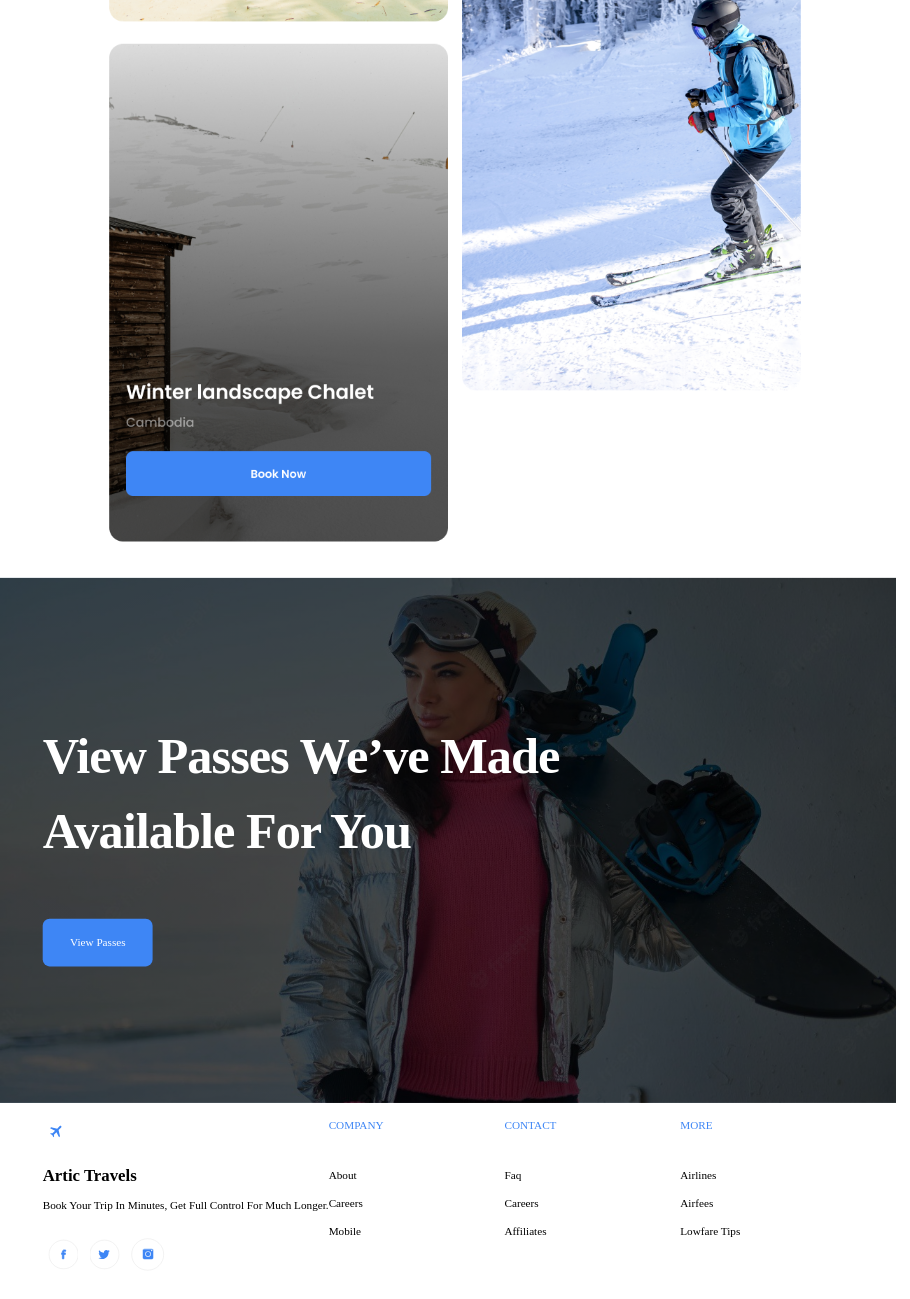
Repository: swissjake/arctic-travel-agency
Page: /
These files come from the project's save history. The page is drawn as it stood at one moment and after the next save; the edit follows.
The browser window is 1280 px wide. The page is 1300 px wide, so the pictures cover 1300 px, including what lies to the right of the window. The pictures show the part of the page from y = 3701 to 5581 px (the page is 5557 px tall before and 5581 px after), at 70% of full size.
The project was rebuilt for these pictures with package versions that can differ from the ones it lists, and the page was loaded fresh each time. Also part of the build but not shown: src/App.css.

Above is the page before, as saved 2022-05-04 13:03:19.

### public/index.html
<!DOCTYPE html>
<html lang="en">
  <head>
    <meta charset="utf-8" />
    <link rel="icon" href="%PUBLIC_URL%/favicon.ico" />
    <meta name="viewport" content="width=device-width, initial-scale=1" />
    <meta name="theme-color" content="#000000" />
    <meta
      name="description"
      content="Web site created using create-react-app"
    />

    <title>Arctic Travel Agency</title>
  </head>
  <body>
    <noscript>You need to enable JavaScript to run this app.</noscript>
    <div id="root"></div>
    <!--
      This HTML file is a template.
      If you open it directly in the browser, you will see an empty page.

      You can add webfonts, meta tags, or analytics to this file.
      The build step will place the bundled scripts into the <body> tag.

      To begin the development, run `npm start` or `yarn start`.
      To create a production bundle, use `npm run build` or `yarn build`.
    -->
  </body>
</html>

### src/index.css
@tailwind base;
@tailwind components;
@tailwind utilities;

@import url('https://fonts.googleapis.com/css2?family=Poppins:wght@300;400;500;700&display=swap');


body{
    font-family: 'poppins';
}

@layer components {
    .container {
        @apply max-w-[1440px] mx-auto
    }
    .btn{
        @apply mt-[68px] bg-[#3E86F5] py-[22px] px-[39px] rounded-[10px] text-[16px] text-white
    }
    .booktrip{
        @apply font-medium text-[18px]
    }

}

.bookshadow{
    box-shadow: 0px 134px 193px rgba(183, 183, 183, 0.07), 0px 16.7789px 24.1666px rgba(183, 183, 183, 0.035);
}
/* .container {
    max-width: 1440px;
    margin: 0 auto;
} */

### src/pages/LandingPage.tsx
import Footer from "../components/Footer/Footer"
import Hero from "../components/Hero/Hero"
import HeroIcons from "../components/HeroIcons/HeroIcons"
import IceCold from "../components/IceCold/IceCold"
import Nav from "../components/Nav/Nav"
import Passes from "../components/Passes/Passes"
import Region from "../components/Region/Region"
import Resort from "../components/Resort/Resort"
import heroImage from '../assets/heroImage.jpeg'


const LandingPage = () => {
  return (
    <>
  <div>
  <div className="h-[780px]  w-full bg-no-repeat bg-center bg-cover" style={{backgroundImage:`linear-gradient(180deg, rgba(0, 0, 0, 0.65) 0%, rgba(0, 0, 0, 0.580838) 32.24%, rgba(0, 0, 0, 0.486293) 62.09%, rgba(0, 0, 0, 0) 98.06%), url(${heroImage})`}}>
     <Nav />
     <Hero />

  </div>

    <HeroIcons />
    <IceCold />
  </div>
  <Region />
  <Resort/>
  <Passes />

     {/*  style={{backgroundImage:`linear-gradient(180deg, rgba(0, 0, 0, 0.65) 0%, rgba(0, 0, 0, 0.580838) 32.24%, rgba(0, 0, 0, 0.486293) 62.09%, rgba(0, 0, 0, 0) 98.06%), url(${heroImage})`}} */}

     <Footer/>
    </>
  )
}

export default LandingPage

### src/components/Footer/Footer.tsx
import React from 'react'
import aeroplane from "../../assets/aeroplane.svg"
import facebook from "../../assets/facebook.svg"
import instagram from "../../assets/instagram.svg"
import twitter from "../../assets/twitter.svg"


const social=[facebook,twitter,instagram]
const company=["about","careers","mobile"]
const contact=["faq","careers","affiliates"]
const more=["airlines","airfees","lowfare tips"]





const Footer = () => {
  return (
      <footer className=''>
         <div className="container p-[20px] md:pl-[61px] md:pr-[57px]">
            <div className="md:flex justify-between">

<div className="mb-5 flex-2 ">
  <img src={aeroplane} className="mb-[27px]" alt="aeroplane" />
  <p className="capitalize text-2xl font-bold">artic travels</p>
  <p className="capitalize mt-[16px] mb-[34px]">Book your trip in minutes, get full
control for much longer.</p>
<div className="flex mt-5">

  {social.map((item,index)=> (<img src={item} className="mx-2 " alt="icons" />))}
</div>
</div>

<div className='mb-5 flex-1'>
  <h2 className="text-[#3E86F5] mb-[40px] uppercase">company</h2>
  <ul>
    {company.map((item,index)=>(
      <li className="capitalize leading-10">{item}</li>
    ))}
  </ul>
</div>

<div className='mb-5 flex-1'>
  <h2 className="text-[#3E86F5] mb-[40px] uppercase">contact</h2>
  <ul>
    {contact.map((item,index)=>(
      <li className="capitalize leading-10">{item}</li>
    ))}
  </ul>
</div>

<div className='mb-5 flex-1'>
  <h2 className="text-[#3E86F5] mb-[40px] uppercase">more</h2>
  <ul>
    {more.map((item,index)=>(
      <li className="capitalize leading-10">{item}</li>
    ))}
  </ul>
</div>


              </div>
         </div>
      </footer>

  )
}

export default Footer

### src/components/Hero/Hero.tsx

const Hero = () => {
  return (
    <section >
         <div className="container md:pl-[61px] p-[20px] md:pr-[57px]">
           {/* <img src={heroImage} alt="" /> */}
           <div className="pt-[160px] text-center md:text-left md:pt-[200px] text-white ">
           <h1 className="md:w-[46.6rem] md:whitespace-nowrap text-[32px] md:text-[56px] capitalize font-bold tracking-{-0.03em}">Plan the perfect winter trip</h1>
           <p className="md:w-[33rem] text-[14px] md:text-[22px] font-normal tracking-[-0.01em] mt-[20px]">Easily plan your ideal ski trip from home with the help of professionals</p>
           <button className="btn">Book Now</button>
           </div>
        </div>
    </section>

  )
}

export default Hero

//background: linear-gradient(180deg, rgba(0, 0, 0, 0.65) 0%, rgba(0, 0, 0, 0.580838) 32.24%, rgba(0, 0, 0, 0.486293) 62.09%, rgba(0, 0, 0, 0) 98.06%);

### src/components/HeroIcons/HeroIcons.tsx
import React from 'react'
import nike from '../../assets/nike.svg'
import applepay from '../../assets/applepay.svg'
import silverstar from '../../assets/silverstar.svg'
import intra from '../../assets/intra.svg'
import mastercard from '../../assets/mastercard.svg'
import BookTrip from '../BookTrip/BookTrip'



const HeroIcons = () => {

  return (
    <section className='bg-[#F8F9FC]'>
         <BookTrip />
        <div className='container md:h-[243px]'>
            <div className='flex flex-wrap md:flex-nowrap items-center justify-center px-3 pb-[45px]  md:px-[222px] pt-[200px] md:pt-[149px] space-y-6 md:space-y-0'>
                    <div className='md:mr-[120px] mr-[40px]'>
                        <img className='w-[96px] h-[50px]' src={nike} alt="nike" />
                    </div>
                    <div className='md:mr-[126px] mr-[40px]'>
                        <img className='w-[96px] h-[56px]' src={applepay} alt="applepay" />
                    </div>
                    <div className='md:mr-[128px] mr-[40px]'>
                        <img className='w-[126px] h-[57px]' src={silverstar} alt="silver" />
                    </div>
                    <div className='md:mr-[130px] mr-[40px]'>
                        <img className='w-[108px] h-[46px]' src={intra} alt="intra" />
                    </div>
                    <div className=''>
                        <img className='w-[64px] h-[64px]' src={mastercard} alt="mastercard" />
                    </div>
            </div>

        </div>
    </section>
    )
}

export default HeroIcons

### src/components/IceCold/IceCold.tsx
import React from 'react'
import map from '../../assets/map.svg'
import arrow from '../../assets/Arrow.svg'

const IceCold = () => {
  return (
      <section className='bg-[#F8F9FC]'>
         <div className='container h-[693px] p-[20px] pt-[179px] md:pl-[40px]'>
             <div className='h-[492px] relative  bg-[rgba(62, 134, 245, .2)]' style={{backgroundImage:`url(${map})`}}>
                <h1 className='w-full md:w-[791px] leading-[54px] tracking-[-0.02em] text-[black] font-semibold left-[50%] translate-x-[-50%] absolute top-[-60px] h-[108px] text-[30px] md:text-[40px] text-center'>Creating the best <span className='text-[#3E86F5]'>ice-cold!</span> experience you would never forget.</h1>

                 <p className='w-full md:w-[697px] md:h-[72px] absolute left-[50%] translate-x-[-50%] text-[rgba(0, 0, 0, 0.5)] text-[18px] md:text-[24px] mt-[120px] md:mt-[60px] text-center leading-[36px] font-normal'>Would you explore nature paradise in the world, find the best destination in the world with us.</p>
                <div className=''>
                    <h1 className='w-full md:w-[454px] md:h-[50px] md:whitespace-nowrap absolute mb-[75px] md:mb-[150px] bottom-0 left-[50%] translate-x-[-50%] font-semibold text-[#000000] text-[40px] text-center leading-[60px] tracking-[-0.02em]'>View Regions available</h1>
                    <img className='absolute bottom-0 left-[50%] translate-x-[-50%] mb-[36px] md:mb-[73px]' src={arrow} alt="/" />
                </div>
             </div>

        </div>
      </section>

  )
}

export default IceCold

### src/components/Nav/Nav.tsx
import React, {useState} from 'react'
import aeroplane from "../../assets/aeroplane.svg";
import {AiOutlineClose, AiOutlineMenu} from 'react-icons/ai'

const Nav = () => {
  const [close, setClose]=useState(true)


  const navitems:string[] = ["About us", "Support", "Language"];
  return (
    <section className=''>
<div className='container  top-0 flex md:pl-[61px] justify-between p-[20px] md:pr-[57px]'>
  <div className="flex items-center">
  <img src={aeroplane} className="mr-[10px]" alt="aeroplane" />
  <h2 className='capitalize font-bold text-white mr-[56px]'>artic travels</h2>
 <ul className="inline hidden md:block">
   {navitems.map((item:string, index) => <li key={index} className="inline capitalize text-white mr-[40px]"><button>{item}</button></li>)}
 </ul>
  </div>

  <button className='hidden md:block text-[#3E86F5] h-[48px] rounded-[10px] w-[151px] bg-white'>
  Sign in
</button>
<button className='md:hidden block' onClick={()=>setClose(!close)}>
<AiOutlineMenu size={20} className='text-white'/>
</button>
</div>
<div style={{width:close?"0%":"100%",transition:"all .5s"}} className="fixed md:hidden block overflow-hidden  flex h-[100%] top-0 bg-black z-50">
<ul className="inline m-auto">
   {navitems.map((item:string) => <li className="leading-10 text-white"><button onClick={()=>setClose(true)} className="capitalize">{item}</button></li>)}
 </ul>
 <button className='hidden text-[#3E86F5] h-[48px] rounded-[10px] w-[151px] bg-white'>
  Sign in
</button>


<button onClick={()=>setClose(!close)} className="absolute top-[5%] right-[5%] border-white border-[4px] font-bold p-1 rounded-full"><AiOutlineClose size={20} className='fill-white'/></button>

</div>

    </section>
  )
}

export default Nav

// npm install @mui/icons-material

### src/components/Passes/Passes.tsx
import React from 'react'
import passes from '../../assets/passesimg.jpg'

const Passes = () => {
  return (
      <section className='bg-center bg-cover bg-no-repeat' style={{backgroundImage: `linear-gradient(0deg, rgba(0, 0, 0, 0.7), rgba(0, 0, 0, 0.7)),url(${passes})`, backgroundPosition:"center 25%"}}>
            <div className='container h-[500px] md:h-[750px] md:pl-[61px]  md:pr-[57px]  text-white' >
                <div className=' text-center md:text-left'>
                <h1 className='md:w-[1017px] pt-[120px] md:pt-[200px] font-semibold text-[36px] md:text-[72px] leading-[54px] md:leading-[108px] tracking-[-0.02em]'>View Passes We’ve Made Available For You</h1>
                <button className='btn mt-[40px] md:mt-[71px]'>View Passes</button>
                </div>
            </div>
      </section>

  )
}

export default Passes

### src/components/Region/Region.tsx
import React from 'react'
import region1 from '../../assets/region1.png'
import region2 from '../../assets/region2.png'
import region3 from '../../assets/region3.png'


const Region = () => {
  return (
      <section>
             <div className=''>
                 <div className='flex '>
             <div className='flex-1'>
             <img className="w-full" src={region1} alt="/"/>
             </div>

               <div className="flex-1">
               <img className="w-full" src={region2} alt="/" />

               </div>

             <div className="flex-1">
                <img className='w-full'  src={region3} alt="/" />
            </div>



            </div>
            </div>
      </section>

  )
}

export default Region

### src/components/Resort/Resort.tsx
import React from 'react'
import picture1 from "../../assets/picture1.png"
import picture2 from "../../assets/picture2.png"
import picture3 from "../../assets/picture3.png"
import picture4 from "../../assets/picture4.png"
const Resort = () => {
  return (
 <section>
   <div className="container p-[20px] pt-[179px] md:pl-[40px]">
<div className="md:flex gap-5 justify-between">

  <div className="flex-1">
  <p className="text-[3rem] md:w-[80%] w-full mb-[4.5rem] font-[600] tracking-[-0.02em]">The best resorts to chill and relax</p>
  <div className="w-full flex justify-end flex-wrap">
  <img src={picture1} className="mb-[32px]" alt="" />
<img src={picture2} className="mb-[32px]" alt="" />
  </div>

  </div>

<div className="flex-1">
<img src={picture3} className="mb-5 mb-[32px]" alt="" />
<img src={picture4} alt="" />
</div>

  </div>
   </div>
 </section>
  )
}

export default Resort

### src/components/BookTrip/BookTrip.tsx
import React from 'react'
import location from '../../assets/location.svg'
import aero from '../../assets/aero.svg'
import user from '../../assets/user.svg'
import dropdown from '../../assets/dropdown.svg'
import checkin from '../../assets/checkin.svg'

const BookTrip = () => {
  return (
      <section>
            <div className='container p-2 md:p-0 md:relative'>

                <div className='bookshadow md:w-[1320px] md:absolute bg-white rounded-[16px] md:z-40 md:h-[140px] md:mt-[-75px] md:left-[50%] md:translate-x-[-50%] md:space-x-[120px] md:flex-row flex flex-col p-7  items-center justify-center'>
                    <div className='mb-4 md:mb-0'>
                        <div className='flex'>
                            <img className="mr-[20px]" src={location} alt="/" />
                            <p className='font-medium text-[#929191] text-[16px] tracking-[0.08em] leading-[24px] uppercase'>location</p>
                        </div>
                        <div className='flex'>
                            <p className="booktrip">Iceland</p>
                            <img className="ml-[8px]" src={dropdown} alt="/" />
                        </div>
                    </div>

                    <div className='mb-4 md:mb-0'>
                        <div className='flex'>
                            <img className="mr-[20px]" src={user} alt="/" />
                         <p className='font-medium text-[#929191] text-[16px] tracking-[0.08em] leading-[24px] uppercase'>Persons</p>
                    </div>
                    <div className='flex'>
                        <p className="booktrip">4 Persons</p>
                        <img className="ml-[8px]" src={dropdown} alt="/" />
                    </div>
                </div>

                <div className='mb-4 md:mb-0'>
                    <div className='flex'>
                        <img className="mr-[20px]" src={checkin} alt="/" />
                         <p className='font-medium text-[#929191] text-[16px] tracking-[0.08em] leading-[24px] uppercase'>check in</p>
                    </div>
                    <div className='flex'>
                        <p className="booktrip">12 January 2022</p>
                        <img className="ml-[8px]" src={dropdown} alt="/" />
                    </div>
                </div>

                <div className=''>
                    <div className='flex'>
                        <img className="mr-[20px]" src={checkin} alt="/" />
                         <p className='font-medium text-[#929191] text-[16px] tracking-[0.08em] leading-[24px] uppercase'>checkout</p>
                    </div>
                    <div className='flex'>
                        <p className="booktrip">18 January 2022</p>
                        <img className="ml-[8px]" src={dropdown} alt="/" />
                    </div>
                </div>
                <button className='btn flex md:my-[38px]'>Book Trip <img className='ml-[12px]' src={aero} alt="/" /> </button>
                </div>
            </div>
    </section>


  )
}

export default BookTrip

Loaded but not shown: src/index.tsx (common file); src/App.tsx (common file); tailwind.config.js (common file)

After the next save:
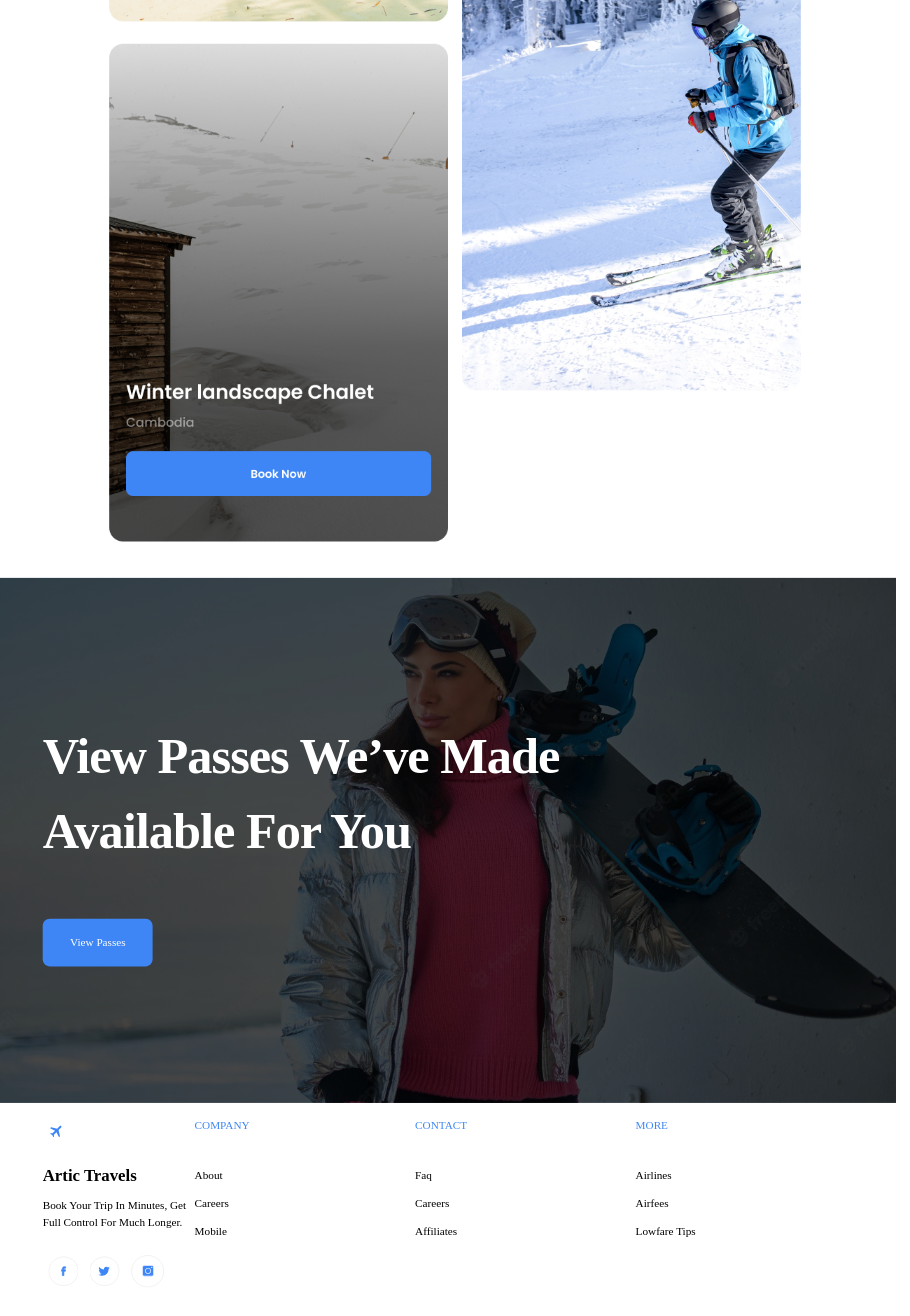
Saved 6 s later.
--- a/src/components/Footer/Footer.tsx
+++ b/src/components/Footer/Footer.tsx
@@ -23,7 +23,7 @@ const Footer = () => {
 <div className="mb-5 flex-2 ">
   <img src={aeroplane} className="mb-[27px]" alt="aeroplane" />
   <p className="capitalize text-2xl font-bold">artic travels</p>
-  <p className="capitalize mt-[16px] mb-[34px]">Book your trip in minutes, get full
+  <p className="capitalize mt-[16px] mb-[34px] w-[217px]">Book your trip in minutes, get full
 control for much longer.</p>
 <div className="flex mt-5">
 
